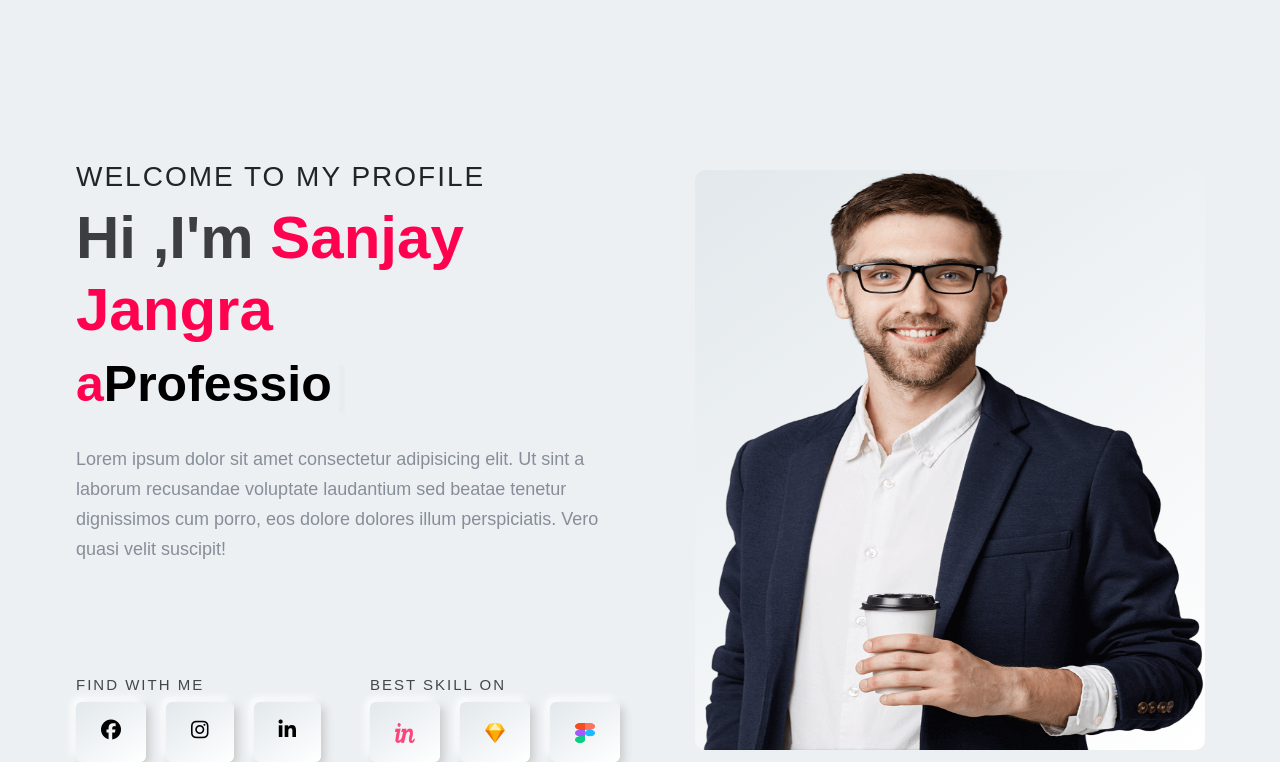
Repository: Sanjayjangra88/PortFolio
Page: /
An editor plug-in stored every save of this project. The page is shown before and after the next save, followed by the edit.
The browser window is 1280 px wide. The pictures show the whole page.
Some web libraries are served in a nearby version. The project was rebuilt for these pictures with package versions that can differ from the ones it lists, and the page was loaded fresh each time. Also part of the build but not shown: src/Components/Header/Header.jsx.

Above is the page before, as saved 2022-09-10 21:35:09.

### public/index.html
<!DOCTYPE html>
<html lang="en">
  <head>
    <meta charset="utf-8" />
    <link rel="icon" href="%PUBLIC_URL%/favicon.ico" />
    <meta name="viewport" content="width=device-width, initial-scale=1" />
    <meta name="theme-color" content="#000000" />
    <meta
      name="description"
      content="Web site created using create-react-app"
    />
    <link rel="apple-touch-icon" href="%PUBLIC_URL%/logo192.png" />
    <!--
      manifest.json provides metadata used when your web app is installed on a
      user's mobile device or desktop. See https://developers.google.com/web/fundamentals/web-app-manifest/
    -->
    <link rel="manifest" href="%PUBLIC_URL%/manifest.json" />
    <link rel="stylesheet" href="https://cdnjs.cloudflare.com/ajax/libs/font-awesome/6.1.1/css/all.min.css" integrity="sha512-KfkfwYDsLkIlwQp6LFnl8zNdLGxu9YAA1QvwINks4PhcElQSvqcyVLLD9aMhXd13uQjoXtEKNosOWaZqXgel0g==" crossorigin="anonymous" referrerpolicy="no-referrer" />

    <!--
      Notice the use of %PUBLIC_URL% in the tags above.
      It will be replaced with the URL of the `public` folder during the build.
      Only files inside the `public` folder can be referenced from the HTML.

      Unlike "/favicon.ico" or "favicon.ico", "%PUBLIC_URL%/favicon.ico" will
      work correctly both with client-side routing and a non-root public URL.
      Learn how to configure a non-root public URL by running `npm run build`.
    -->

    <link rel="manifest" href="%PUBLIC_URL%/manifest.json" />
    <link href="https://cdn.jsdelivr.net/npm/bootstrap@5.0.2/dist/css/bootstrap.min.css" rel="stylesheet" integrity="sha384-EVSTQN3/azprG1Anm3QDgpJLIm9Nao0Yz1ztcQTwFspd3yD65VohhpuuCOmLASjC" crossorigin="anonymous">
    <title>React App</title>
  </head>
  <body>
    <noscript>You need to enable JavaScript to run this app.</noscript>
    <div id="root"></div>
    <script src="https://kit.fontawesome.com/7578c5a215.js" crossorigin="anonymous"></script>
    <!--
      This HTML file is a template.
      If you open it directly in the browser, you will see an empty page.

      You can add webfonts, meta tags, or analytics to this file.
      The build step will place the bundled scripts into the <body> tag.

      To begin the development, run `npm start` or `yarn start`.
      To create a production bundle, use `npm run build` or `yarn build`.
    -->

    <script src="https://cdn.jsdelivr.net/npm/@popperjs/core@2.9.2/dist/umd/popper.min.js" integrity="sha384-IQsoLXl5PILFhosVNubq5LC7Qb9DXgDA9i+tQ8Zj3iwWAwPtgFTxbJ8NT4GN1R8p" crossorigin="anonymous"></script>
<script src="https://cdn.jsdelivr.net/npm/bootstrap@5.0.2/dist/js/bootstrap.min.js" integrity="sha384-cVKIPhGWiC2Al4u+LWgxfKTRIcfu0JTxR+EQDz/bgldoEyl4H0zUF0QKbrJ0EcQF" crossorigin="anonymous"></script>
  </body>
</html>

### src/App.js
import React from 'react'
import Header from './Components/Header/Header';
import "./App.css"
import Home from './Components/Home/Home';
const App = () => {
  return (
    <>
      {/* <Header/> */}
      <Home/>
    </>
  )
}

export default App

### src/App.css
@import url('https://fonts.googleapis.com/css2?family=Dancing+Script&family=EB+Garamond:ital,wght@1,500&family=Roboto+Slab:wght@300&display=swap');
* {
  padding: 0;
  margin: 0;
  box-sizing: border-box;
}
html {
  scroll-behavior: smooth;
}
body {
  font-family: "Poppins", sans-serif;
  background-color: #ecf0f3;
}
.container {
  max-width: 95%;
  margin: auto;
}
.d_flex {
  display: flex;
  justify-content: space-between;
}
.f_flex {
  display: flex;
}
a {
  text-decoration: none;
  color: black;
}
li {
  list-style: none;
}
.uppercase {
  text-transform: uppercase;
}
.capitalize {
  text-transform: capitalize;
}

button {
  border: none;
  outline: none;
  background-color: none;
}

.btn_shadow {
  padding: 18px 25px;
  border-radius: 6px;
  transition: 0.3s all ease;
  cursor: pointer;
  color: #000;
  transition: 0.5s;
}
.btn_shadow {
  background: linear-gradient(145deg, #e2e8ec, #ffffff);
  box-shadow: 4px 4px 8px #cbcbcb, -4px -4px 8px #ffffff;
}
.btn_shadow:hover {
  background: #ff014f;
  color: white;
  transform: translateY(-10px);
}
.box_shodow {
  background: linear-gradient(145deg, #e2e8ec, #ffffff);
  box-shadow: 4px 4px 8px #cbcbcb, -4px -4px 8px #ffffff;
  border-radius: 10px;
}
.row,
.left,
.right {
  width: 50%;
}
.top {
  margin-top: 80px;
}
.mtop {
  margin-top: 40px;
}
.heading {
  margin: 50px 0 50px 0;
}
.heading h4 {
  color: #ff014f;
  letter-spacing: 2px;
  font-weight: 400;
}
.heading h1 {
  font-size: 60px;
  color: #3c3e41;
}
h1 {
  color: #3c3e41;
}
.grid {
  display: grid;
  grid-template-columns: repeat(3, 1fr);
  grid-gap: 35px;
}
p {
  color: #3c3e41;
}
.text-center {
  text-align: center;
}
.primary_color {
  color: #ff014f;
}
textarea,
input {
  width: 100%;
  padding: 20px;
  border-radius: 5px;
  outline: none;
  border: 3px solid #e2e8ec;
  margin-bottom: 20px;
}
/*----------Footer---------*/
footer {
  margin: 20% 0 10% 0;
}
footer p {
  margin-top: 30px;
}
/*----------Footer---------*/
@media (max-width: 768px) {
  .grid {
    grid-template-columns: repeat(2, 1fr);
  }
  .left,
  .right {
    width: 100%;
  }
  }

### src/Components/Home/Home.jsx
import React from 'react'
import './home.css'
import hero from '../Pic/hero.png'
import skill1 from '../Pic/skill1.png'
import skill2 from '../Pic/skill2.png'
import skill3 from '../Pic/skill3.png'

import { Typewriter} from 'react-simple-typewriter'

const Home = () => {
  return (
    <>
      <section className='hero'id='home'>
        <div className="container f_flex top">
            <div className="left top">
                <h3>WELCOME TO MY PROFILE</h3>
                <h1>
                    Hi ,I'm <span>Sanjay Jangra
                        </span></h1>
                <h2>
                    a
                    <span>
                    <Typewriter
            words={['Web Developer', 'Professional Coder.']}
            loop
            cursor
            cursorStyle='|'
            typeSpeed={70}
            deleteSpeed={50}
            delaySpeed={1000}
            // onLoopDone={handleDone}
            // onType={handleType}
            />
                        </span></h2>
                        <p>
Lorem ipsum dolor sit amet consectetur adipisicing elit. Ut sint a laborum recusandae voluptate laudantium sed beatae tenetur dignissimos cum porro, eos dolore dolores illum perspiciatis. Vero quasi velit suscipit!
                        </p>
                        <div className='hero_btn d_flex'>
                            <div className="col_1">
                                <h4>FIND WITH ME</h4>
                                <div className="button">
                                    <button className='btn_shadow'>
                                        <i className='fab fa-facebook'></i>
                                    </button>
                                    <button className='btn_shadow'>
                                        <i className='fab fa-instagram'></i>
                                    </button>
                                    <button className='btn_shadow'>
                                        <i className='fab fa-linkedin-in'></i>
                                    </button>
                                </div>
                            </div>
                            <div className="col_1">
                                <h4>BEST SKILL ON</h4>
                                <button className='btn_shadow'>
                                        <img src={skill1}alt=''/>
                                    </button>
                                <button className='btn_shadow'>
                                        <img src={skill2}alt=''/>
                                    </button>
                                <button className='btn_shadow'>
                                        <img src={skill3}alt=''/>
                                    </button>
                            </div>
                        </div>
            </div>
            <div className="right">
                <div className="right_img">
                    <img src={hero}alt=''/>
                </div>
            </div>
        </div>
      </section>
    </>
  )
}

export default Home

### src/Components/Header/header.css

*,
*::after,
*::before{
    box-sizing: border-box;
    padding: 0;
    margin: 0;
}

.html{
    font-size: 62.5%;
}

.navbar input[type="checkbox"],
.navbar .hamburger-lines{
    display: none;
}

.container{
    max-width: 1200px;
    width: 90%;
    margin: auto;
}

.navbar{
    box-shadow: 0px 5px 10px 0px #aaa;
    position: fixed;
    width: 100%;
    background: #FAA7B8;
    color: #000;
    opacity: 0.85;
    z-index: 100;
}

.navbar-container{
    display: flex;
    justify-content: space-between;
    height: 64px;
    align-items: center;
}

.menu-items{
    margin-top: 15px;
    order: 2;
    display: flex;
}
.logo{
    order: 1;
    font-size: 2.3rem;
    margin-bottom: 5px;
}

.menu-items li{
    list-style: none;
    margin-left: 1.5rem;
    font-size: 1.3rem;
}

.navbar a{
    color: #444;
    text-decoration: none;
    font-weight: 500;
    transition: color 0.3s ease-in-out;
}

.navbar a:hover{
    color: #117964;
}
.home-btn:hover {
  background: #ff014f;
  color: white;
}


.home-btn {
  padding: 18px 25px;
  height: 1vh;
  line-height: 1vh;
  font-size: 13px;
  border-radius: 6px;
  transition: 0.3s all ease;
  cursor: pointer;
  height: fit-content;
  color: #ff014f;

}
.home-btn {
  background: linear-gradient(145deg, #e2e8ec, #ffffff);
  box-shadow: 4px 4px 8px #cbcbcb, -4px -4px 8px #ffffff;
}
navbar {
  transition: 0.5s;
  font-size: 13px;
  font-weight: 500;
  letter-spacing: 2px;
}





@media (max-width: 900px){
    .navbar{
        opacity: 0.95;
    }

    .navbar-container input[type="checkbox"],
    .navbar-container .hamburger-lines{
        display: block;
    }

    .navbar-container{
        display: block;
        position: relative;
        height: 64px;
    }

    .navbar-container input[type="checkbox"]{
        position: absolute;
        display: block;
        height: 32px;
        width: 30px;
        top: 20px;
        left: 20px;
        z-index: 5;
        opacity: 0;
        cursor: pointer;
    }

    .navbar-container .hamburger-lines{
        display: block;
        height: 28px;
        width: 35px;
        position: absolute;
        top: 20px;
        left: 20px;
        z-index: 2;
        display: flex;
        flex-direction: column;
        justify-content: space-between;
    }

    .navbar-container .hamburger-lines .line{
        display: block;
        height: 4px;
        width: 100%;
        border-radius: 10px;
        background: #333;
    }

    .navbar-container .hamburger-lines .line1{
        transform-origin: 0% 0%;
        transition: transform 0.3s ease-in-out;
    }

    .navbar-container .hamburger-lines .line2{
        transition: transform 0.2s ease-in-out;
    }

    .navbar-container .hamburger-lines .line3{
        transform-origin: 0% 100%;
        transition: transform 0.3s ease-in-out;
    }

    .navbar .menu-items{
        padding-top: 100px;
        background: #fff;
        height: 100vh;
        max-width: 300px;
        transform: translate(-150%);
        display: flex;
        flex-direction: column;
        margin-left: -40px;
        padding-left: 40px;
        transition: transform 0.5s ease-in-out;
        box-shadow:  5px 0px 10px 0px #aaa;
        overflow: scroll;
    }

    .navbar .menu-items li{
        margin-bottom: 1.8rem;
        font-size: 1.1rem;
        font-weight: 500;
    }

    .logo{
        position: absolute;
        top: 10px;
        right: 15px;
        font-size: 2.5rem;

    }

    .navbar-container input[type="checkbox"]:checked ~ .menu-items{
        transform: translateX(0);
    }

    .navbar-container input[type="checkbox"]:checked ~ .hamburger-lines .line1{
        transform: rotate(45deg);
    }

    .navbar-container input[type="checkbox"]:checked ~ .hamburger-lines .line2{
        transform: scaleY(0);
    }

    .navbar-container input[type="checkbox"]:checked ~ .hamburger-lines .line3{
        transform: rotate(-45deg);
    }
    .home-btn:hover {
      background: #ff014f;
      color: white;

    }


    .home-btn {
      padding: 18px 25px;
      height: 1vh;
      line-height: 1vh;
      font-size: 13px;
      border-radius: 6px;
      transition: 0.3s all ease;
      cursor: pointer;
      height: fit-content;
      color: #ff014f;
      margin-right: 25px;

    }
    .home-btn {
      background: linear-gradient(145deg, #e2e8ec, #ffffff);
      box-shadow: 4px 4px 8px #cbcbcb, -4px -4px 8px #ffffff;
    }

}

@media (max-width: 500px){
    .navbar-container input[type="checkbox"]:checked ~ .logo{
        display: none;
    }
}
.demo{
  height: 300vh;
}

### src/Components/Home/home.css
.hero{
    position: relative;

}
.hero h3{
    font-weight: 100;
    letter-spacing: 2px;
}
.hero h1{
    font-size: 60px;
    font-weight: bold;
}
.hero h1 span{
    color: #ff014f;
}
.hero h2{
    font-size: 50px;
    font-weight: bold;
    color: #ff014f;
}
.hero h2 span{
    color: black;
}
.hero p{
    color:#878e99;
    font-size: 18px;
    line-height: 30px;
    margin-top: 30px;
}
.hero_btn{
    margin-top: 20%;
}
/* .hero_btn{
    <element class="hero_btn">
    Selector Specificity:(0,1,0)
} */

.hero_btn h4{
    font-weight: 500;
    letter-spacing: 2px;
    color: #43474b;
    font-size: 15px;
    margin: 30pz 0 30px 0;

}
.hero_btn button{
    margin-right: 20px;
}
.hero_btn i{
    font-size: 20px;
}
.hero_btn button img{
    width: 20px;
    height: 20px;
   }
   .hero .left{
    margin-right: 10px;
   }
.hero .right{
    width: 40%;
    position: relative;
    }
.hero .right img{
    background: linear-gradient(145deg ,#e2e8ec , #ffffff);
    box-shadow: 4px 4px 8px #cbcbcb .4ox -4px 8px #ffffff;
    border-radius: 10px;
    height: 580px;
    width: 510px;
    margin-top: 20%;
    margin-left: 10%;

}
/* .hero .right_img img{
    position: absolute;
    top: 0;
    right: 10%;
    width: 510px;

} */

Loaded but not shown: src/index.js (common file); src/index.css (common file); src/reportWebVitals.js (common file)

After the next save:
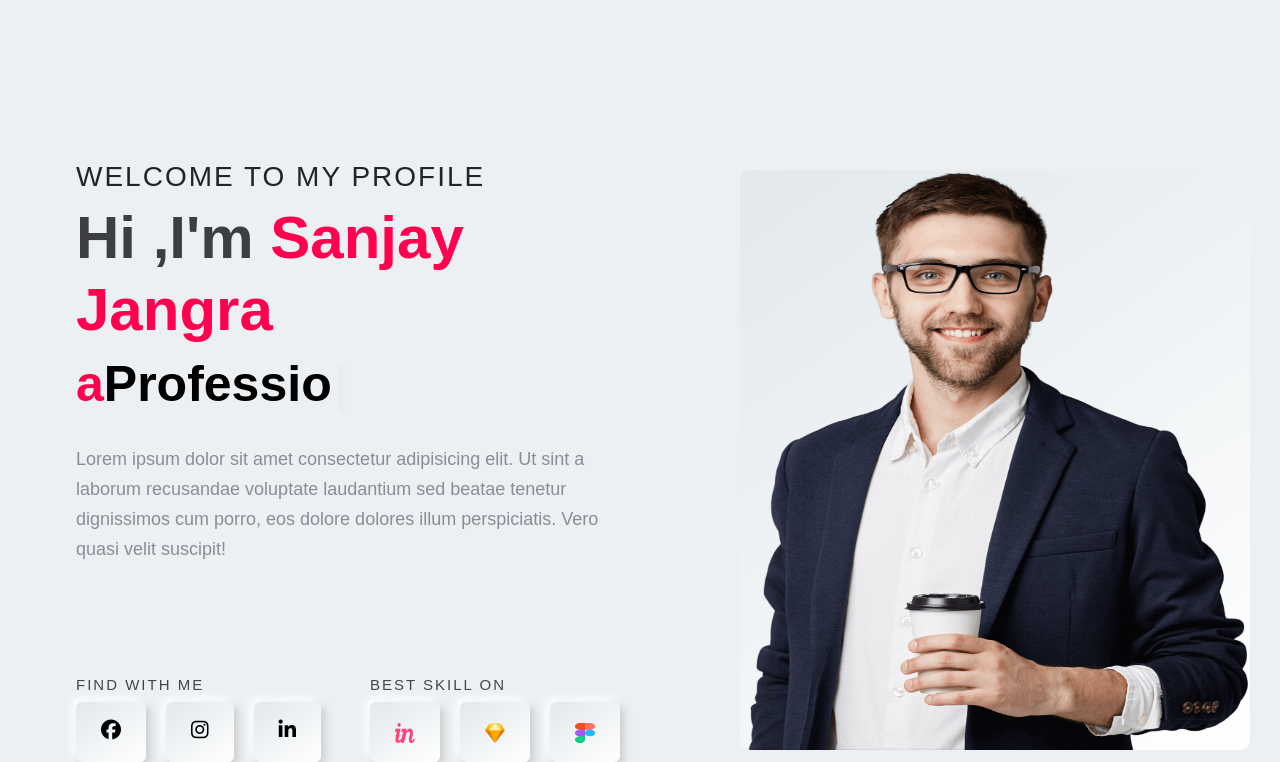
Saved 11 s later.
--- a/src/Components/Home/home.css
+++ b/src/Components/Home/home.css
@@ -67,7 +67,7 @@
     height: 580px;
     width: 510px;
     margin-top: 20%;
-    margin-left: 10%;
+    margin-left: 20%;
 
 }
 /* .hero .right_img img{
